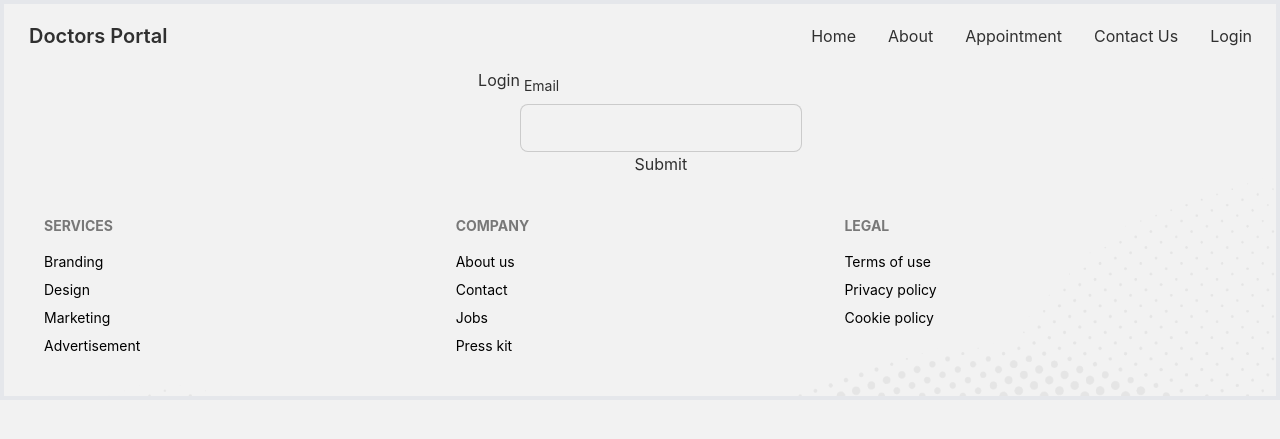
Repository: Samad77/Doctorportal-Client
Page: /login
An editor plug-in stored every save of this project. The page is shown before and after the next save, followed by the edit.
The browser window is 1280 px wide. The pictures show the whole page.
The project was rebuilt for these pictures with package versions that can differ from the ones it lists, and the page was loaded fresh each time. Also part of the build but not shown: src/Pages/Appointment/BookingModal/BookingModal.js, src/Pages/Appointment/AppoinmentCard/AppoinmentCard.js, src/Pages/Appointment/AppointmentBanner/AppointmentBanner.js, src/Pages/Appointment/AvailavleAppoinment/AvailableAppoinment.js, src/Pages/Appointment/Appoinment/Appoinment.js, src/Components/PrimaryButton/PrimaryButton.js, src/Pages/Home/Banner/Banner.js, src/Pages/Home/Cards/Cards.js and 5 more.

Above is the page before, as saved 2022-11-15 10:59:48.

After the next save:
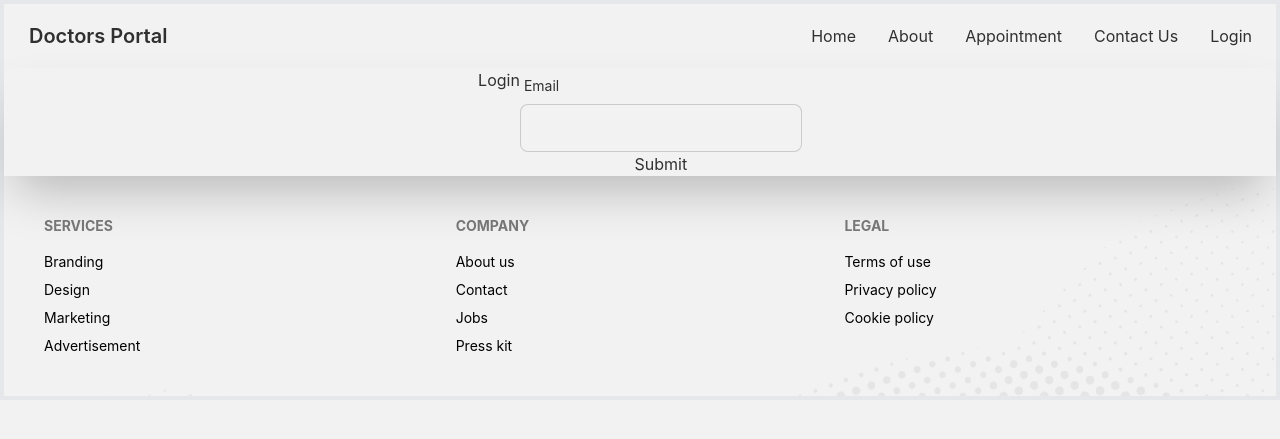
Saved 28 s later.
--- a/src/Pages/Login/Login.js
+++ b/src/Pages/Login/Login.js
@@ -6,8 +6,8 @@ const Login = () => {
     const [data, setData] = useState("");
 
     return (
-        <section className='  flex justify-center'>
-            <h1>Login</h1>
+        <section className='  flex justify-center shadow-2xl'>
+            <h1 className=''>Login</h1>
             <form onSubmit={handleSubmit((data) => setData(JSON.stringify(data)))} >
 
                 <div className="form-control w-full max-w-xs">
